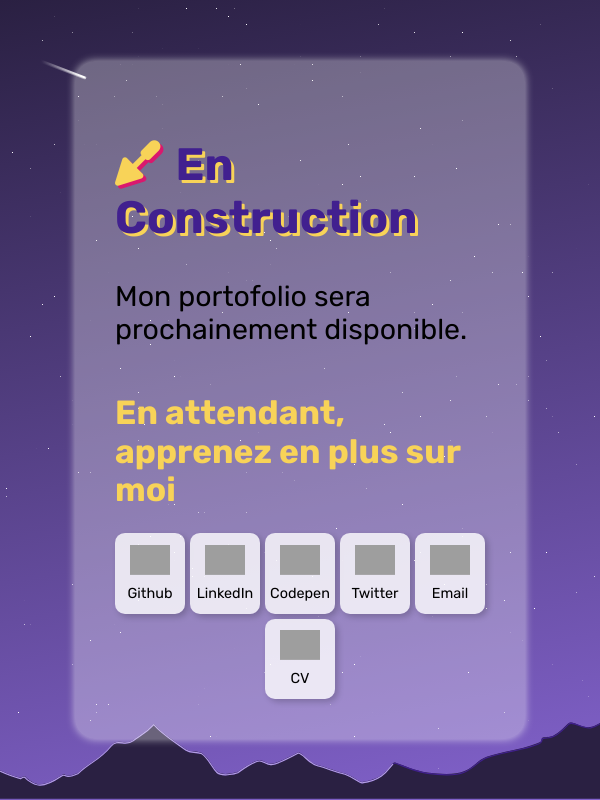
Repository: ClementBellier/portfolio
Page: index.html
The author's editor kept a copy of each file at every save. The page is drawn from the files as they stood at one save, then again after the next save.
The browser window is 600 px wide. The pictures show the whole page.
Pictures or frames that could not be fetched are drawn as grey boxes. Some web libraries are served in a nearby version.

Above is the page before, as saved 2022-07-02 15:26:19.

After the next save:
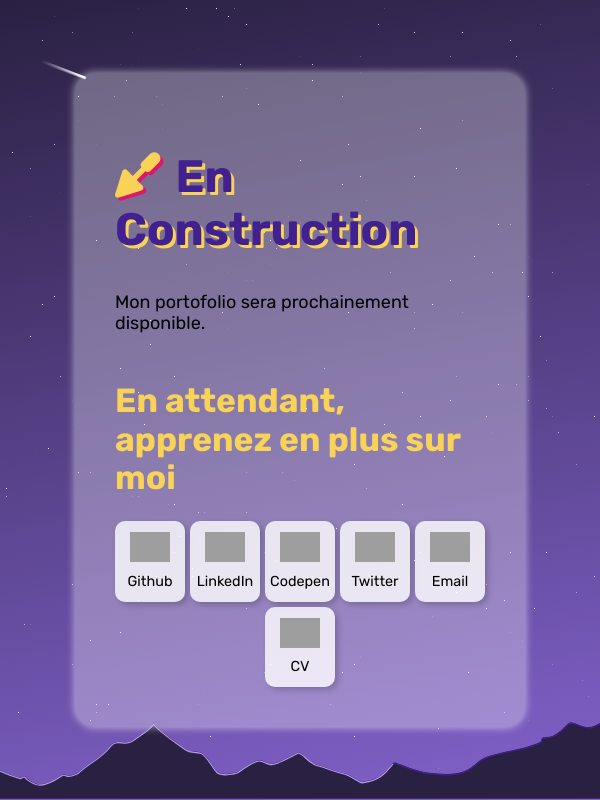
Saved 5 min 42 s later.
--- a/style.css
+++ b/style.css
@@ -24,7 +24,7 @@
 
     font-size: 18px;
     --font-size-base: clamp(1.25rem, 0vw + 1.25rem, 1.25rem);
-    --font-size-p: clamp(1.25rem, 0.19vw + 1.52rem, 1.67rem);
+    --font-size-p: https://modern-fluid-typography.vercel.app?rootFontSize=18&minSize=12&fluidSize=-1&relativeSize=1.25&maxSize=20;
     --font-size-h2: clamp(1.7rem, 0.49vw + 1.7rem, 2rem);
     --font-size-h1: clamp(2.44rem, 0.94vw + 2.21rem, 2.96rem);
 }
@@ -108,7 +108,7 @@
     width: 80px;
     max-width: 45vw;
 }
-@media (max-width: 700px) or (max-hei){
+@media (max-width: 700px) or (max-height: 700px){
     .networks a{width: 70px;}
     .networks img{width: 40px;}
     .networks p{font-size: .8em;}
